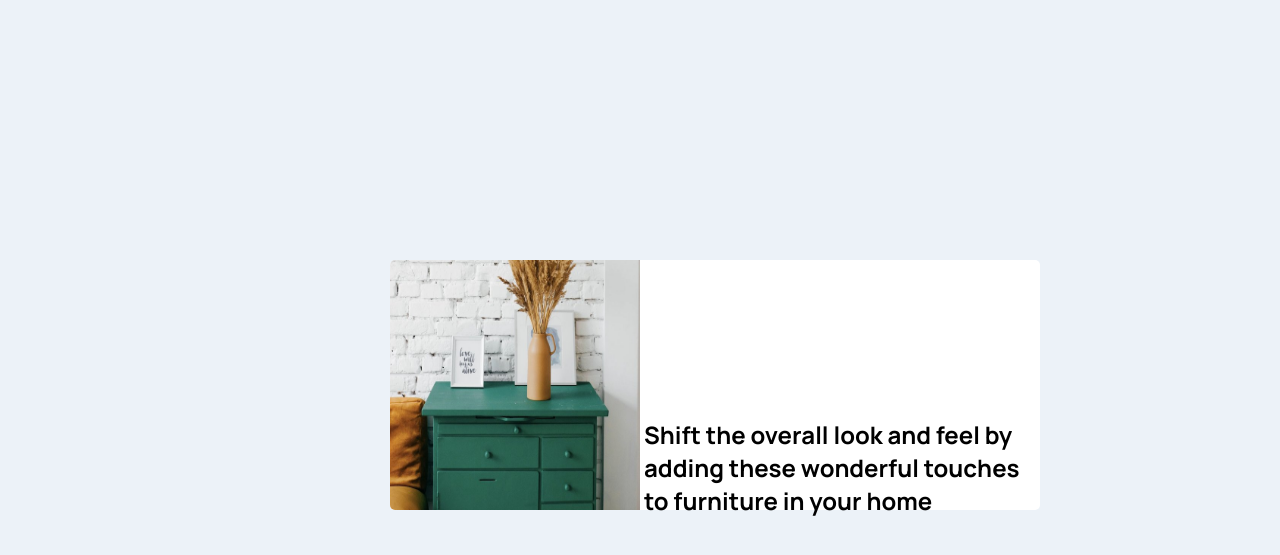
Repository: ricky603/training-css
Page: article-preview-component-master/index.html
These files come from the project's save history. The page is drawn as it stood at one moment and after the next save; the edit follows.
The browser window is 1280 px wide. The pictures show the whole page.

Above is the page before, as saved 2020-09-09 08:17:23.

### article-preview-component-master/index.html
<!DOCTYPE html>
<html lang="en">

<head>
    <meta charset="UTF-8">
    <meta name="viewport" content="width=device-width, initial-scale=1.0">
    <!-- displays site properly based on user's device -->

    <link rel="icon" type="image/png" sizes="32x32" href="./images/favicon-32x32.png">
    <link rel="stylesheet" href="./styles.css">
    <link href="https://fonts.googleapis.com/css2?family=Manrope:wght@500;700&display=swap" rel="stylesheet">

    <title>Frontend Mentor | Article preview component</title>

    <!-- Feel free to remove these styles or customise in your own stylesheet 👍 -->
</head>

<body>
    <div class="article">
        <div id="image">
            <img src="./images/drawers.jpg" class="drawer">
        </div>

        <div class="post">
            <div class="head">
                <h2>Shift the overall look and feel by adding these wonderful touches to furniture in your home</h2>
            </div>
        </div>
    </div>


</body>

</html>

<!--

  Ever been in a room and felt like something was missing? Perhaps
  it felt slightly bare and uninviting. I’ve got some simple tips
  to help you make any room feel complete.

  Michelle Appleton
  28 Jun 2020

  Share -->

### article-preview-component-master/styles.css
body {
    background-color: hsl(210, 46%, 95%);
}

h2 {
    font-family: 'Manrope';
    font-weight: 700;
}

#image {
    display: inline-block;
}

.post {
    display: inline-block;
    width: 58%;
}

.head {
    display: inline-block;
}

.article {
    position: fixed;
    width: 650px;
    height: 250px;
    background-color: white;
    margin: auto;
    top: 50%;
    left: 50%;
    margin-top: -100px;
    margin-left: -250px;
    border-radius: 5px;
}

.drawer {
    width: 250px;
    height: 250px;
    border-radius: 5px 0 0 5px;
}

.attribution {
    font-size: 11px;
    text-align: center;
}

.attribution a {
    color: hsl(228, 45%, 44%);
}

After the next save:
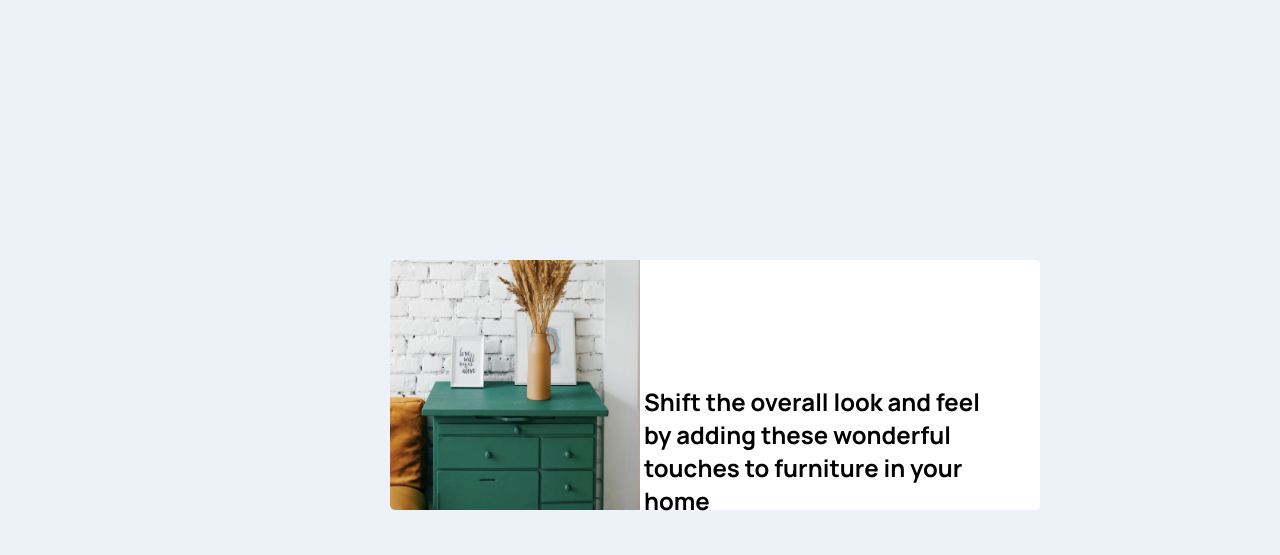
Saved 6 s later.
--- a/article-preview-component-master/styles.css
+++ b/article-preview-component-master/styles.css
@@ -13,7 +13,7 @@ h2 {
 
 .post {
     display: inline-block;
-    width: 58%;
+    width: 56%;
 }
 
 .head {
